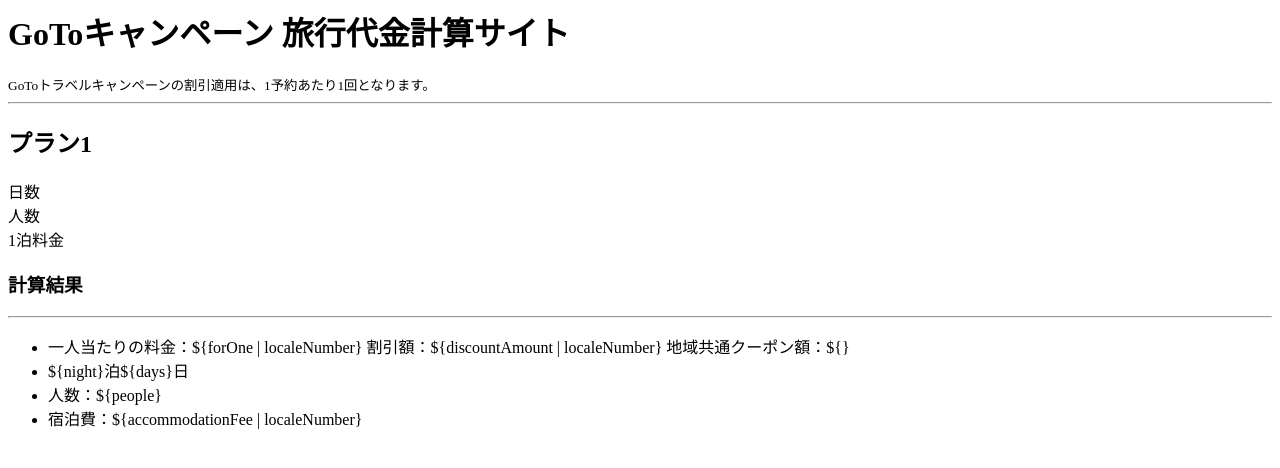
Repository: Ischca/ischca.github.io
Page: src/my-app.html
These files come from the project's save history. The page is drawn as it stood at one moment and after the next save; the edit follows.
The browser window is 1280 px wide. The pictures show the whole page.

Above is the page before, as saved 2020-10-02 16:44:00.

### src/my-app.html
<div class="container">

    <div class="row">
        <h1 class="text-center">GoToキャンペーン 旅行代金計算サイト</h1>
    </div>

    <div class="text-center">
        <small class="text-danger">
            GoToトラベルキャンペーンの割引適用は、1予約あたり1回となります。
        </small>
    </div>

    <hr />

    <div class="row justify-content-center mb-3">
        <h2 class="col-sm-auto">プラン1</h2>
    </div>

    <div class="row">
        <label for="staticEmail" class="offset-sm-4 col-sm-1 col-form-label font-weight-bold">日数</label>
        <div class="col-sm-2">
            <num-selector num.bind="night" suffix.bind="'泊'"></num-selector>
        </div>

        <div class="col-sm-2">
            <num-selector num.bind="days" suffix.bind="'日'"></num-selector>
        </div>
    </div>

    <div class="row">
        <label for="staticEmail" class="offset-sm-4 col-sm-1 col-form-label font-weight-bold">人数</label>
        <div class="col-sm-2">
            <num-selector num.bind="people" max.bind="100" suffix.bind="'人'"></num-selector>
        </div>
    </div>

    <div class="row">
        <label for="staticEmail" class="offset-sm-4 col-sm-1 col-form-label font-weight-bold">1泊料金</label>
        <div class="col-sm-2">
            <num-selector num.bind="accommodationFee" max.bind="10000000" suffix.bind="'円'"></num-selector>
        </div>
    </div>

    <!-- <div class="row">
        <label for="staticEmail" class="offset-sm-4 col-sm-1 col-form-label font-weight-bold">交通費</label>
        <div class="col-sm-2">
            <num-selector num.bind="transportFee" max.bind="10000000" suffix.bind="'円'"></num-selector>
        </div>
    </div> -->

    <h3 class="text-center mt-3">計算結果</h3>
    <hr/>

    <div id="result" class="text-center">
        <ul class="list-group list-group-flush">
            <li class="list-group-item">
                一人当たりの料金：${forOne | localeNumber}
                割引額：${discountAmount | localeNumber}
                地域共通クーポン額：${}
            </li>
            <li class="list-group-item">
                ${night}泊${days}日
            </li>
            <li class="list-group-item">
                人数：${people}
            </li>
            <li class="list-group-item">
                宿泊費：${accommodationFee | localeNumber}
            </li>
            <!-- <li class="list-group-item">
                交通費：${transportFee | localeNumber}
            </li> -->
        </ul>
    </div>
</div>

After the next save:
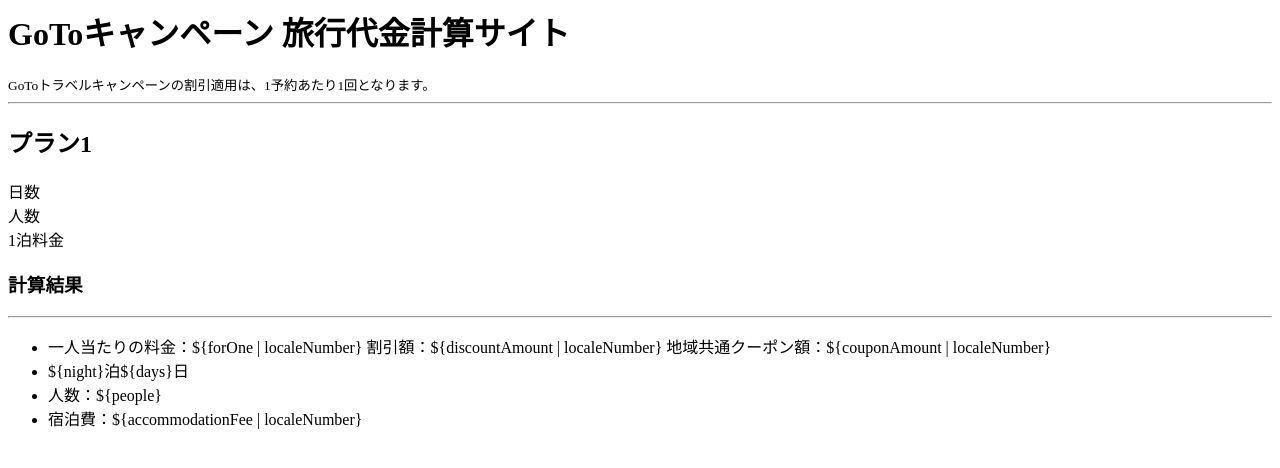
Saved 10 min 36 s later.
--- a/src/my-app.html
+++ b/src/my-app.html
@@ -56,7 +56,7 @@
             <li class="list-group-item">
                 一人当たりの料金：${forOne | localeNumber}
                 割引額：${discountAmount | localeNumber}
-                地域共通クーポン額：${}
+                地域共通クーポン額：${couponAmount | localeNumber}
             </li>
             <li class="list-group-item">
                 ${night}泊${days}日
